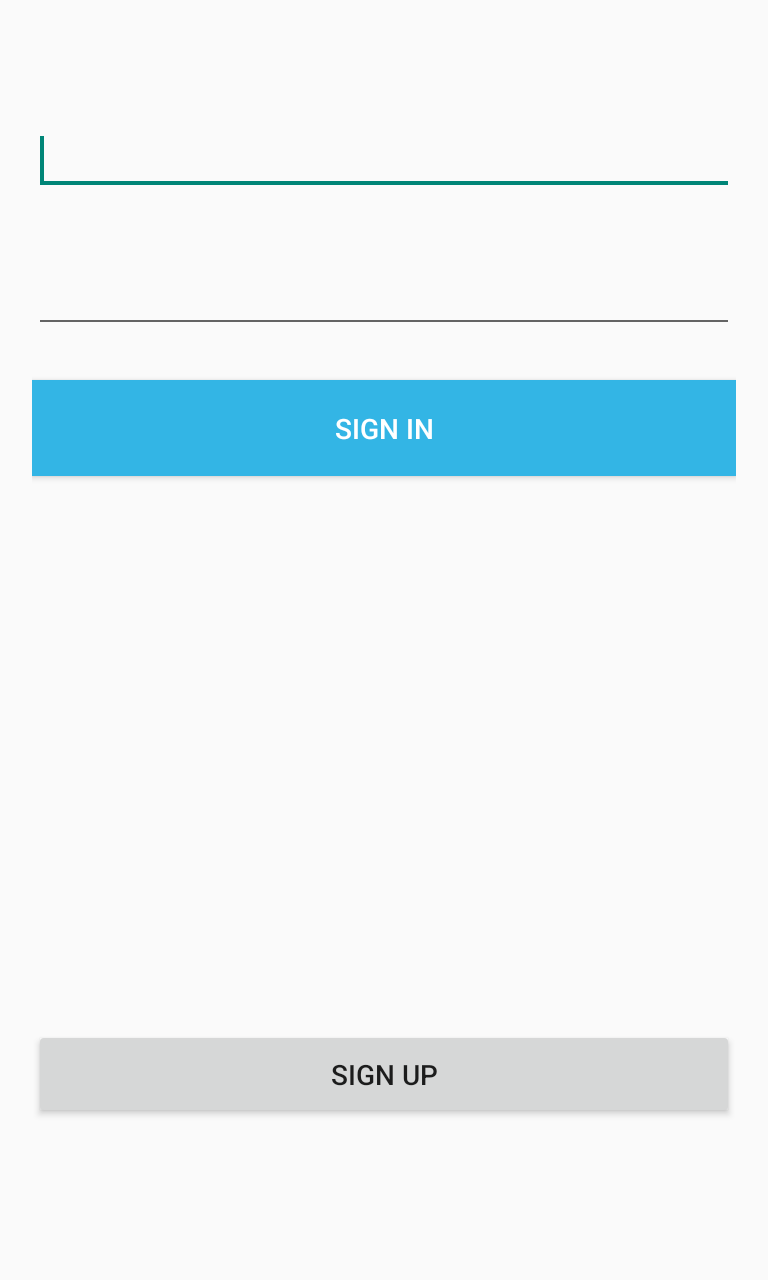
Repository: uditha2233/Anything
Layout: Local Android/AnyThing/AnyThing/res/layout/fragment_login.xml
An editor plug-in stored every save of this project. The layout is shown before and after the next save, followed by the edit.
It is drawn on a 768 x 1280 px phone screen (xhdpi) without system bars, with theme AppTheme; the app's code is not run.

Above is the layout before, as saved 2014-05-29 03:37:43.

After the next save:
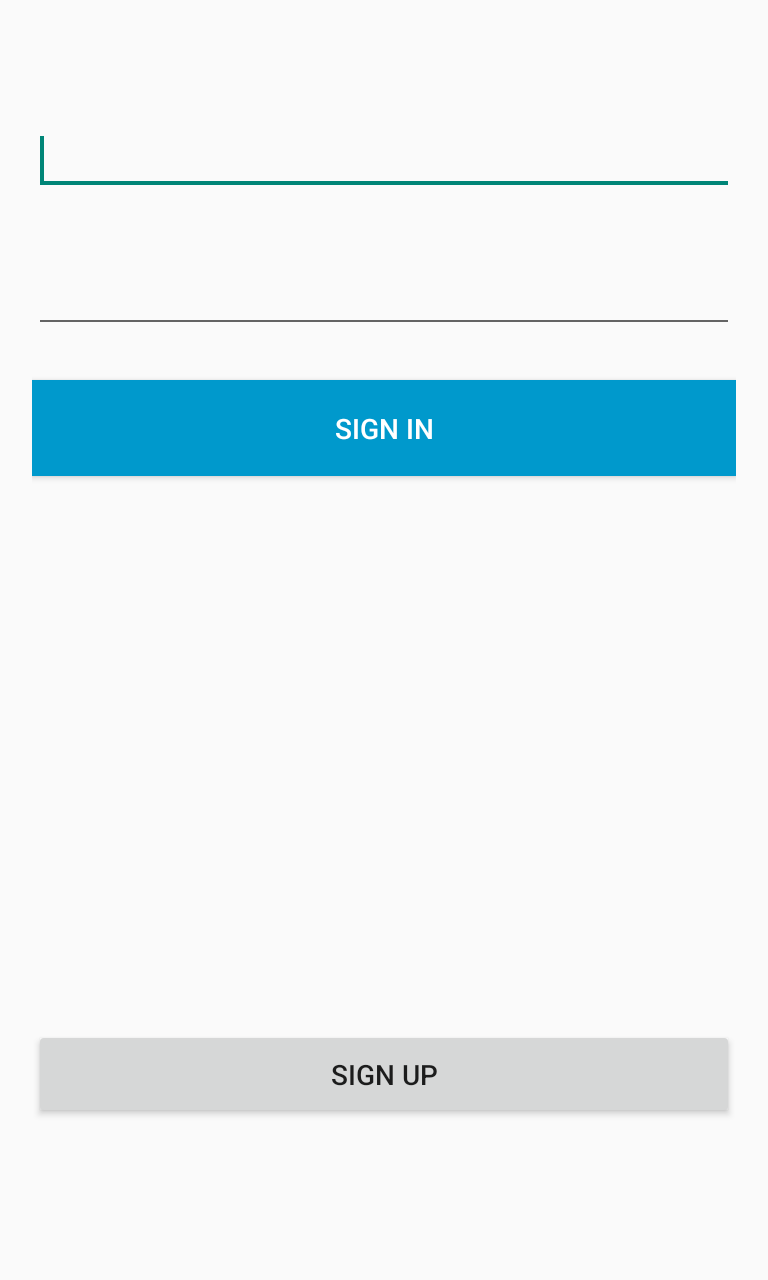
Saved 13 s later.
--- a/Local Android/AnyThing/AnyThing/res/layout/fragment_login.xml
+++ b/Local Android/AnyThing/AnyThing/res/layout/fragment_login.xml
@@ -43,7 +43,7 @@
         android:layout_marginTop="21dp"
         android:text="@string/signin"
         android:onClick="login"
-        android:background="@android:color/holo_blue_light"
+        android:background="@android:color/holo_blue_dark"
         android:textColor="@android:color/white"/>
 
     <Button
